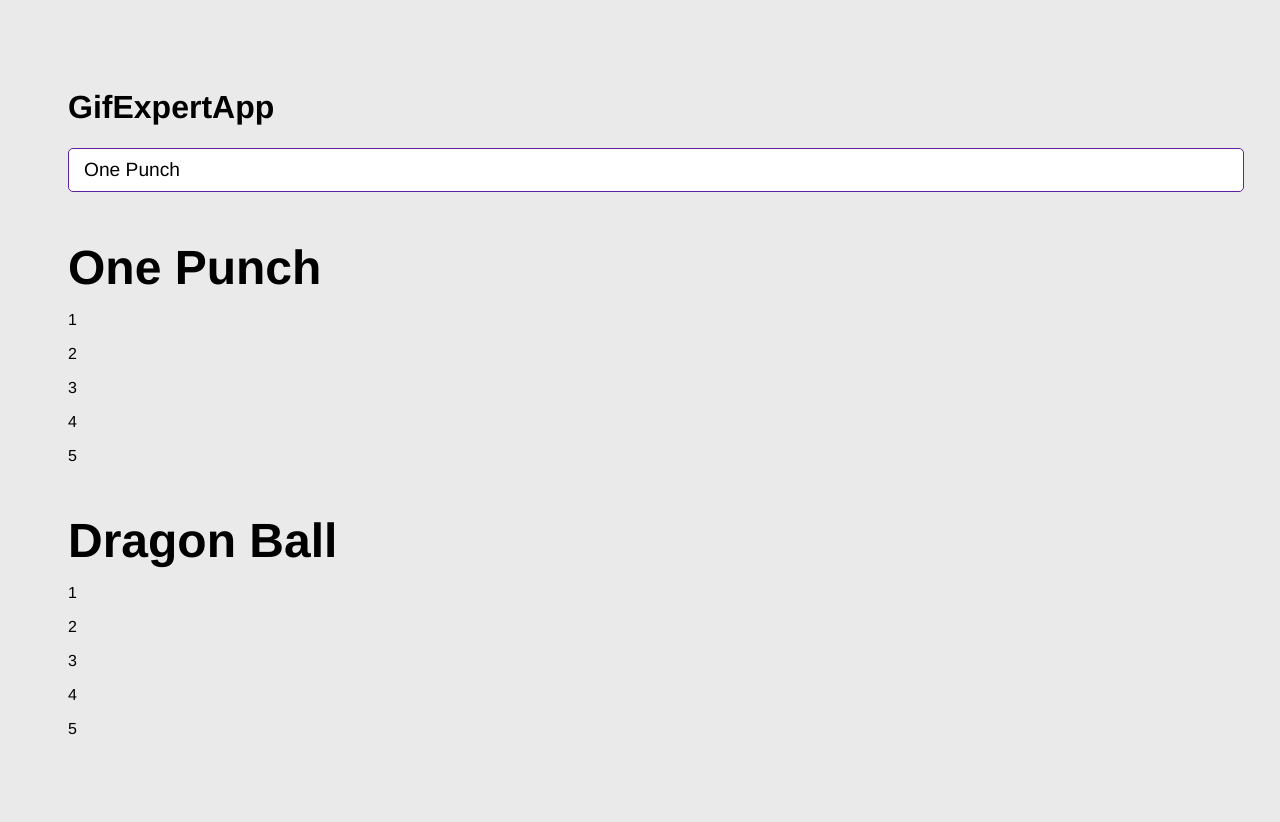
Repository: bryanesteban/gif-expert-app
Page: /
These files come from the project's save history. The page is drawn as it stood at one moment and after the next save; the edit follows.
The browser window is 1280 px wide. The pictures show the whole page.
The project was rebuilt for these pictures with package versions that can differ from the ones it lists, and the page was loaded fresh each time. Also part of the build but not shown: vite.config.js.

Above is the page before, as saved 2024-06-13 23:35:38.

### src/main.jsx
import React from 'react'
import ReactDOM from 'react-dom/client'
import { GifExpertApp } from './GifExpertApp'

import './styles.css';

ReactDOM.createRoot(document.getElementById('root')).render(
  <React.StrictMode>
    <GifExpertApp />
  </React.StrictMode>,
)

### src/GifExpertApp.jsx
import { useState } from "react";
import { AddCategory } from "./components/AddCategory";
import { GifGrid } from "./components/GifGrid";


export const GifExpertApp = () => {




    const [ categories , setCategories ] = useState([ 'One Punch', 'Dragon Ball']);

    const onAddCategory = ( newCategory ) => {

        if(categories.includes(newCategory) ) return ;
        setCategories([...categories,newCategory]);

        // setCategories(cat => [...cat,'Fullmetal Alchemist']);
    }

    return (
    <>

    <h1>GifExpertApp</h1>

    <AddCategory
        // setCategories={ setCategories }
        onNewCategory={ event => onAddCategory(event)}
    />


    <>
        { categories.map( ( category ) => (
                <GifGrid
                    key={ category }
                    category={category}/>

            ))
        }

    </>

    </>
  )
};

### src/components/AddCategory.jsx
import { useState } from "react";
// import PropTypes from 'prop-types';

export  const AddCategory = ( { onNewCategory } ) =>{


   const [inputValue, setInputValue] = useState('One Punch');

    const onInputChange= ({target}) => {
        setInputValue(target.value);
    }

    const onsubmit =( event ) => {
        event.preventDefault();

        if(inputValue.trim().length <= 1 ) return;

        // setCategories(categories => [inputValue, ...categories] );
        onNewCategory( inputValue.trim() );
        setInputValue('');
    }

    return (
        <form onSubmit={(event) => onsubmit(event)}>

        <input
            type="text"
            placeholder="Buscar Gifs"
            value={ inputValue }
            onChange={ (event) =>  onInputChange(event) }
            />
        </form>

    )
}

### src/components/GifGrid.jsx

export const GifGrid = ( { category } ) => {

   const gifs = [1,2,3,4,5]

    return (
       <>
            <h3> { category } </h3>
            {
                gifs.map( gif => (
                    <p>{ gif }</p>
                ))
            }
       </>
    )
}

Loaded but not shown: index.html (common file); src/styles.css (common file)

After the next save:
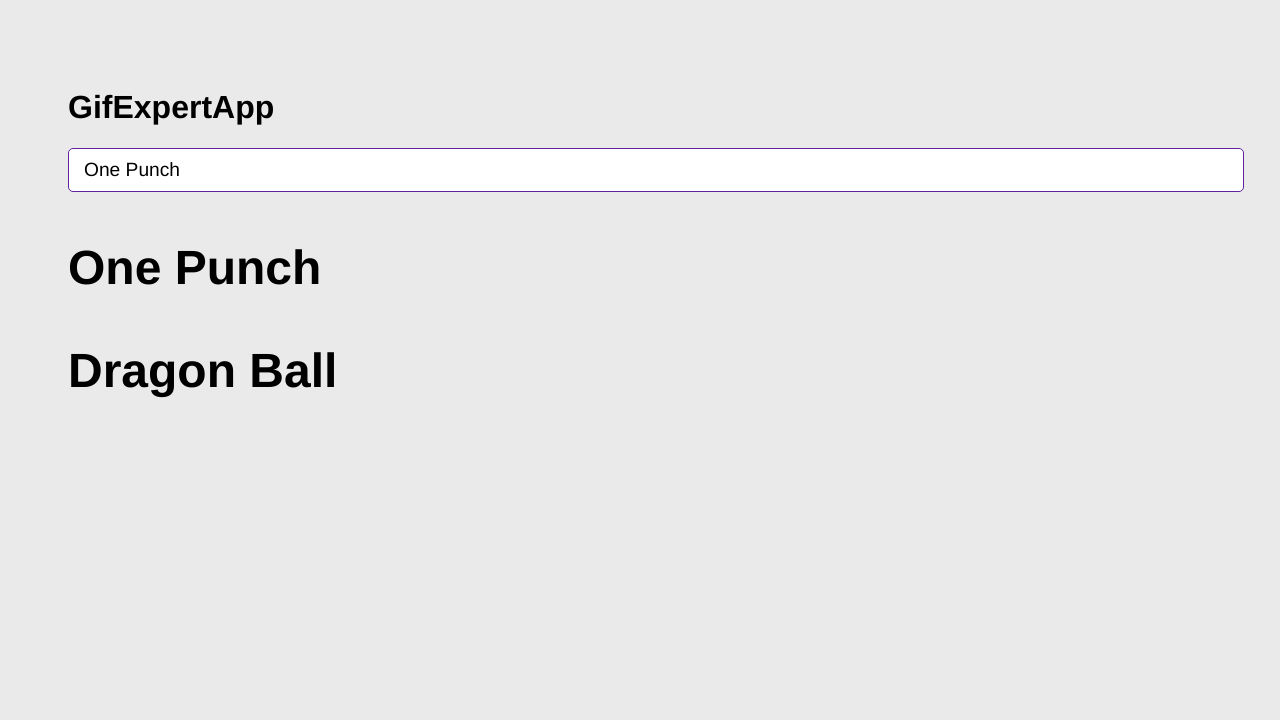
Saved 88 s later.
--- a/src/components/GifGrid.jsx
+++ b/src/components/GifGrid.jsx
@@ -1,16 +1,11 @@
 
 export const GifGrid = ( { category } ) => {
 
-   const gifs = [1,2,3,4,5]
 
     return (
        <>
             <h3> { category } </h3>
-            {
-                gifs.map( gif => (
-                    <p>{ gif }</p>
-                ))
-            }
+
        </>
     )
 }
